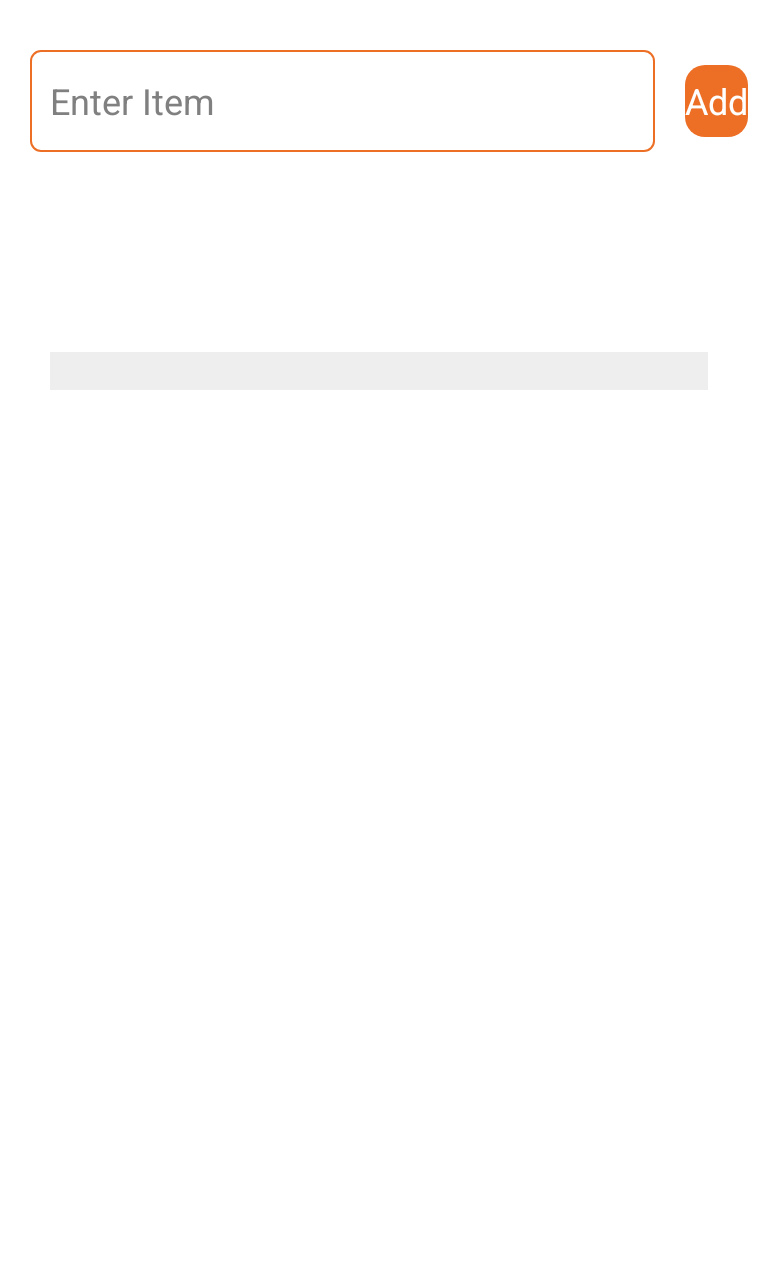
Repository: ianDervan/FYP_ShopSmart
Layout: FYP/ShopSmart/res/layout/activity_shopping_list.xml
An editor plug-in stored every save of this project. The layout is shown before and after the next save, followed by the edit.
It is drawn on a 768 x 1280 px phone screen (xhdpi) without system bars, with theme AppTheme; the app's code is not run.

Above is the layout before, as saved 2015-01-16 20:51:51.

After the next save:
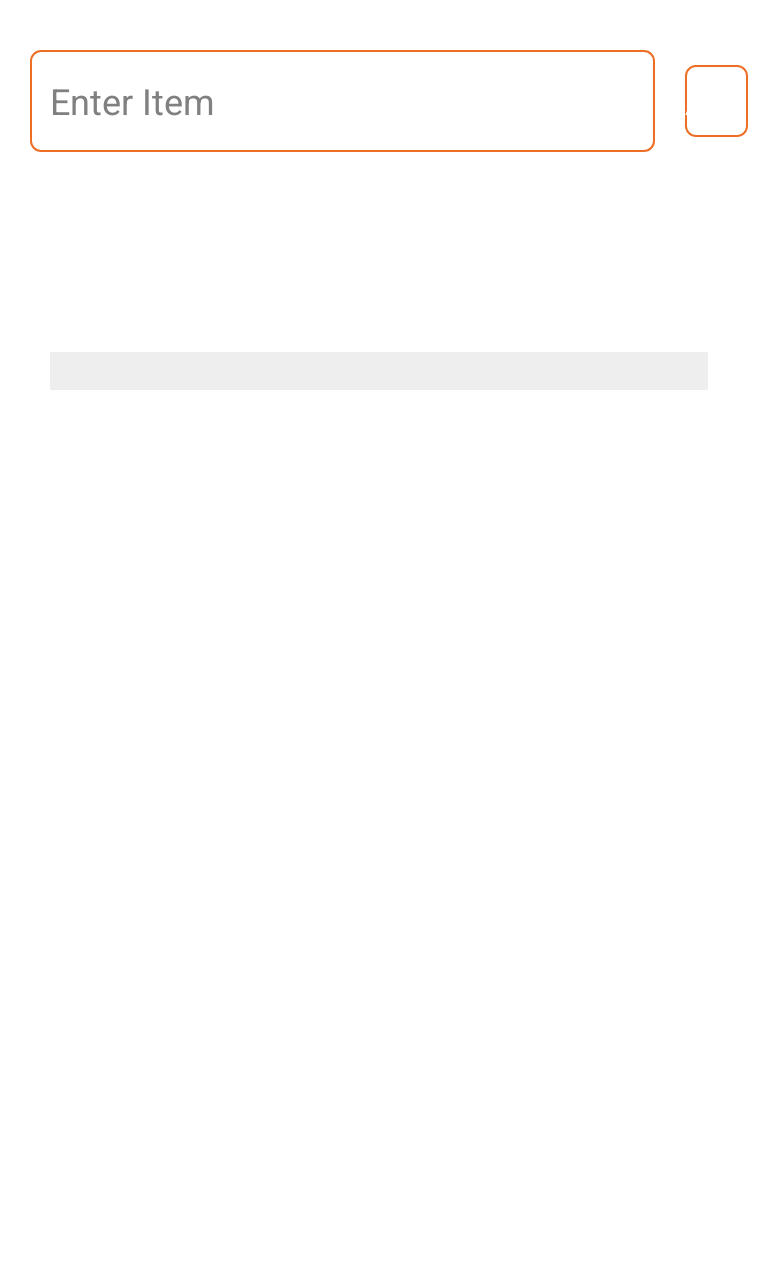
Saved 25 s later.
--- a/FYP/ShopSmart/res/layout/activity_shopping_list.xml
+++ b/FYP/ShopSmart/res/layout/activity_shopping_list.xml
@@ -28,7 +28,7 @@
             android:layout_height="36dp"
             android:layout_marginLeft="15dp"
             android:layout_marginTop="15dp"
-            android:background="@drawable/custombutton_lr"
+            android:background="@drawable/customeditext"
             android:text="Add"
             android:textColor="#FFFFFF" />
     </LinearLayout>
